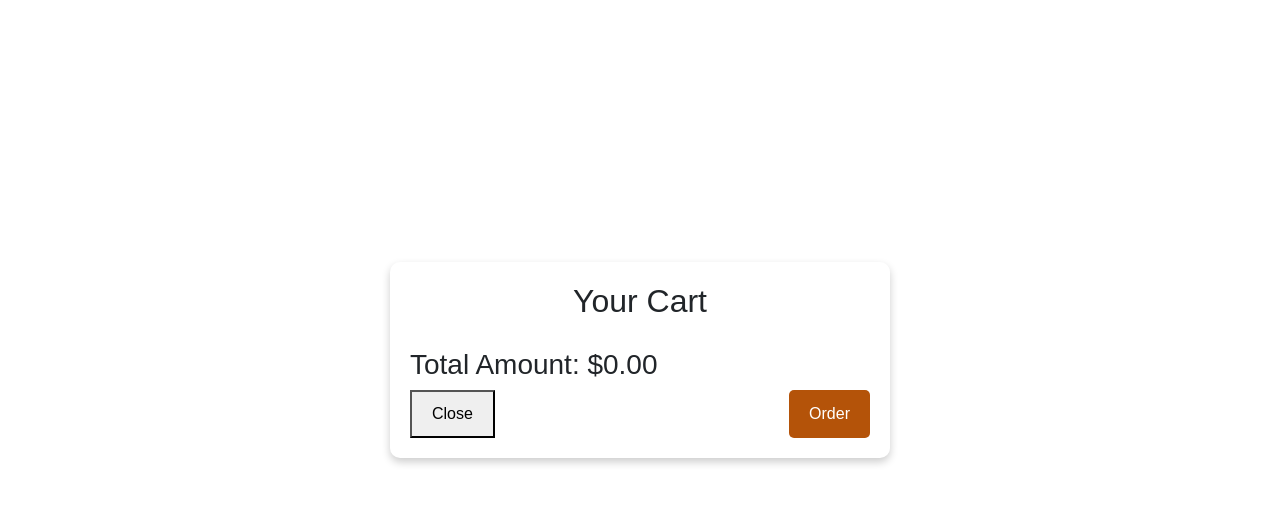
Repository: chelseajaculina/lab2-uber-eats
Page: /cart (app in frontend/)
The author's editor kept a copy of each file at every save. The page is drawn from the files as they stood at one save, then again after the next save.
The browser window is 1280 px wide. The pictures show the whole page.
The project was rebuilt for these pictures with package versions that can differ from the ones it lists, and the page was loaded fresh each time. Also part of the build but not shown: frontend/src/components/Home.css, frontend/src/components/Logout.js, frontend/src/components/NavBarHome.js, frontend/src/components/Home.js, frontend/src/components/CustomerSignUp.js, frontend/src/components/RestaurantSignUp.js, frontend/src/components/SignUp.js, frontend/src/components/Login.css and 25 more.

Above is the page before, as saved 2024-11-23 00:19:27.

After the next save:
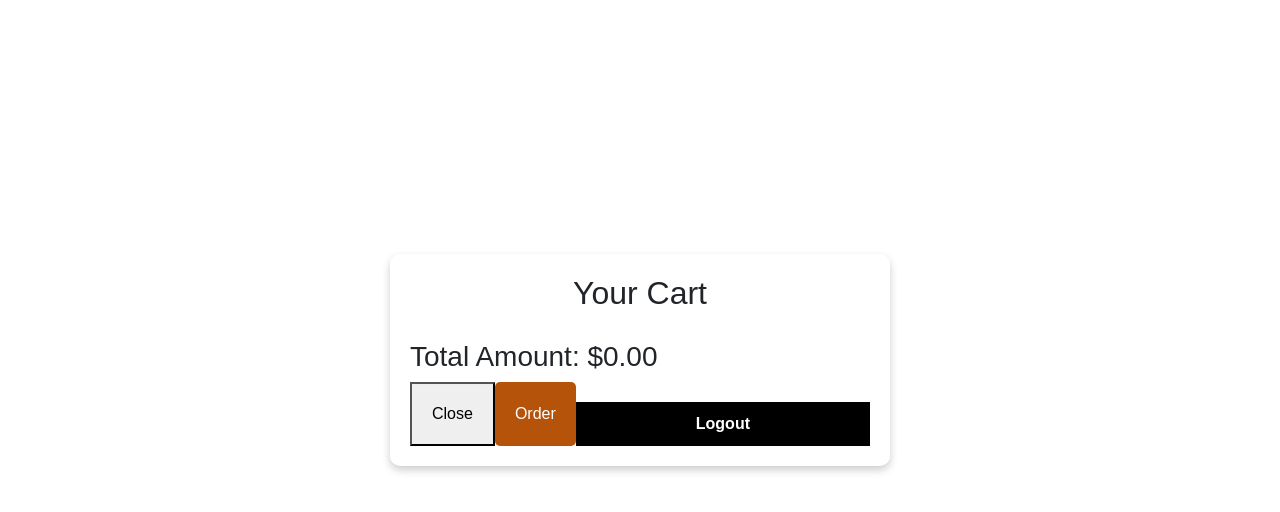
Saved 2 min 43 s later.
--- a/frontend/src/components/CartModal.js
+++ b/frontend/src/components/CartModal.js
@@ -1,13 +1,14 @@
-import React from 'react';
-import { useNavigate } from 'react-router-dom'; // Import React Router's useNavigate hook
+import React, { useEffect } from 'react';
+import { useNavigate } from 'react-router-dom';
 import './CartModal.css';
 
-const CartModal = ({ cart, setCart, onClose }) => {
-  const navigate = useNavigate(); // Initialize navigate function
+const CartModal = ({ cart, setCart, onClose, onLogout }) => {
+  const navigate = useNavigate();
 
   // Extract the restaurant name from the cart (assuming all items are from the same restaurant)
   const restaurantName = cart[0]?.restaurant?.restaurant_name || '';
 
+  // Increase item quantity
   const increaseQuantity = (dishId) => {
     setCart((prevCart) =>
       prevCart.map((item) =>
@@ -16,6 +17,7 @@
     );
   };
 
+  // Decrease item quantity and remove if quantity is 0
   const decreaseQuantity = (dishId) => {
     setCart((prevCart) =>
       prevCart
@@ -26,21 +28,40 @@
     );
   };
 
+  // Calculate the total price
   const calculateTotal = () =>
-    cart.reduce(
-      (total, item) =>
-        total + (parseFloat(item.price) || 0) * item.quantity,
-      0
-    ).toFixed(2);
+    cart
+      .reduce(
+        (total, item) =>
+          total + (parseFloat(item.price) || 0) * item.quantity,
+        0
+      )
+      .toFixed(2);
 
+  // Navigate to the order page and pass the cart data
   const handleOrder = () => {
-    navigate('/order', { state: { cart } }); // Pass cart data to the /order route
+    navigate('/order', { state: { cart } });
   };
+
+  // Clear the cart on logout
+  const handleLogout = () => {
+    setCart([]); // Clear the cart
+    if (onLogout) onLogout(); // Execute any additional logout logic
+    navigate('/login'); // Navigate to the login page
+  };
+
+  // Clear cart on component unmount (optional cleanup logic)
+  useEffect(() => {
+    return () => {
+      console.log('CartModal unmounted. Cleaning up cart...');
+      setCart([]);
+    };
+  }, [setCart]);
 
   return (
     <div className="cart-modal">
       <h2>Your Cart</h2>
-      {restaurantName && <h3>Restaurant: {restaurantName}</h3>} {/* Display restaurant name */}
+      {restaurantName && <h3>Restaurant: {restaurantName}</h3>}
       <div className="cart-items">
         {cart.map((item) => (
           <div className="cart-item" key={item.id}>
@@ -62,6 +83,9 @@
         <button className="order-button" onClick={handleOrder}>
           Order
         </button>
+        <button className="logout-button" onClick={handleLogout}>
+          Logout
+        </button>
       </div>
     </div>
   );

After the save that followed:
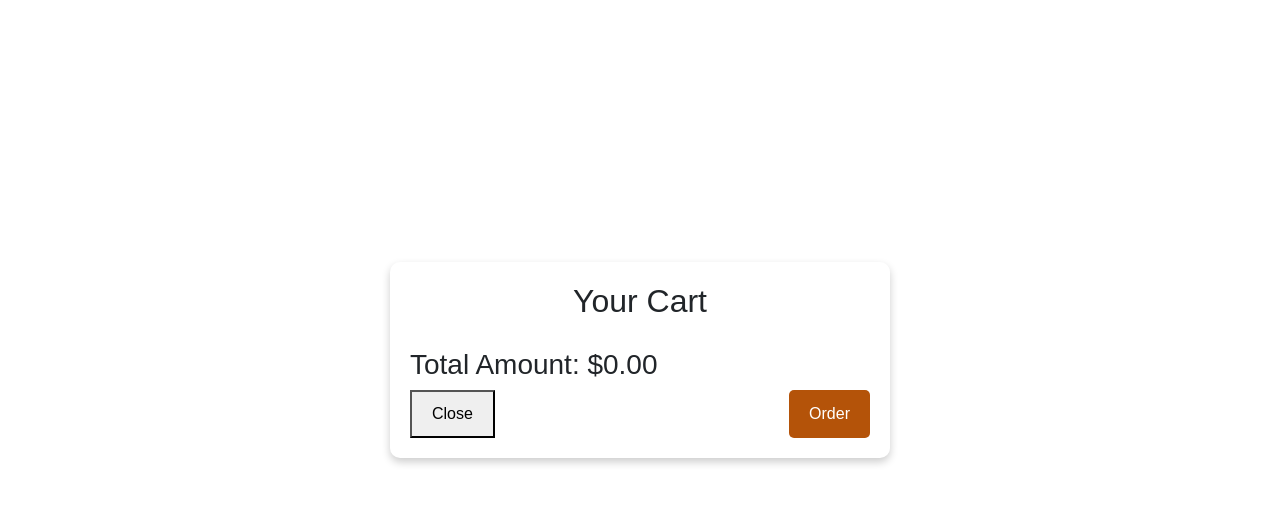
Saved 43 s later.
--- a/frontend/src/components/CartModal.js
+++ b/frontend/src/components/CartModal.js
@@ -1,14 +1,13 @@
-import React, { useEffect } from 'react';
-import { useNavigate } from 'react-router-dom';
+import React from 'react';
+import { useNavigate } from 'react-router-dom'; // Import React Router's useNavigate hook
 import './CartModal.css';
 
-const CartModal = ({ cart, setCart, onClose, onLogout }) => {
-  const navigate = useNavigate();
+const CartModal = ({ cart, setCart, onClose }) => {
+  const navigate = useNavigate(); // Initialize navigate function
 
   // Extract the restaurant name from the cart (assuming all items are from the same restaurant)
   const restaurantName = cart[0]?.restaurant?.restaurant_name || '';
 
-  // Increase item quantity
   const increaseQuantity = (dishId) => {
     setCart((prevCart) =>
       prevCart.map((item) =>
@@ -17,7 +16,6 @@
     );
   };
 
-  // Decrease item quantity and remove if quantity is 0
   const decreaseQuantity = (dishId) => {
     setCart((prevCart) =>
       prevCart
@@ -28,40 +26,21 @@
     );
   };
 
-  // Calculate the total price
   const calculateTotal = () =>
-    cart
-      .reduce(
-        (total, item) =>
-          total + (parseFloat(item.price) || 0) * item.quantity,
-        0
-      )
-      .toFixed(2);
+    cart.reduce(
+      (total, item) =>
+        total + (parseFloat(item.price) || 0) * item.quantity,
+      0
+    ).toFixed(2);
 
-  // Navigate to the order page and pass the cart data
   const handleOrder = () => {
-    navigate('/order', { state: { cart } });
+    navigate('/order', { state: { cart } }); // Pass cart data to the /order route
   };
-
-  // Clear the cart on logout
-  const handleLogout = () => {
-    setCart([]); // Clear the cart
-    if (onLogout) onLogout(); // Execute any additional logout logic
-    navigate('/login'); // Navigate to the login page
-  };
-
-  // Clear cart on component unmount (optional cleanup logic)
-  useEffect(() => {
-    return () => {
-      console.log('CartModal unmounted. Cleaning up cart...');
-      setCart([]);
-    };
-  }, [setCart]);
 
   return (
     <div className="cart-modal">
       <h2>Your Cart</h2>
-      {restaurantName && <h3>Restaurant: {restaurantName}</h3>}
+      {restaurantName && <h3>Restaurant: {restaurantName}</h3>} {/* Display restaurant name */}
       <div className="cart-items">
         {cart.map((item) => (
           <div className="cart-item" key={item.id}>
@@ -83,9 +62,6 @@
         <button className="order-button" onClick={handleOrder}>
           Order
         </button>
-        <button className="logout-button" onClick={handleLogout}>
-          Logout
-        </button>
       </div>
     </div>
   );
